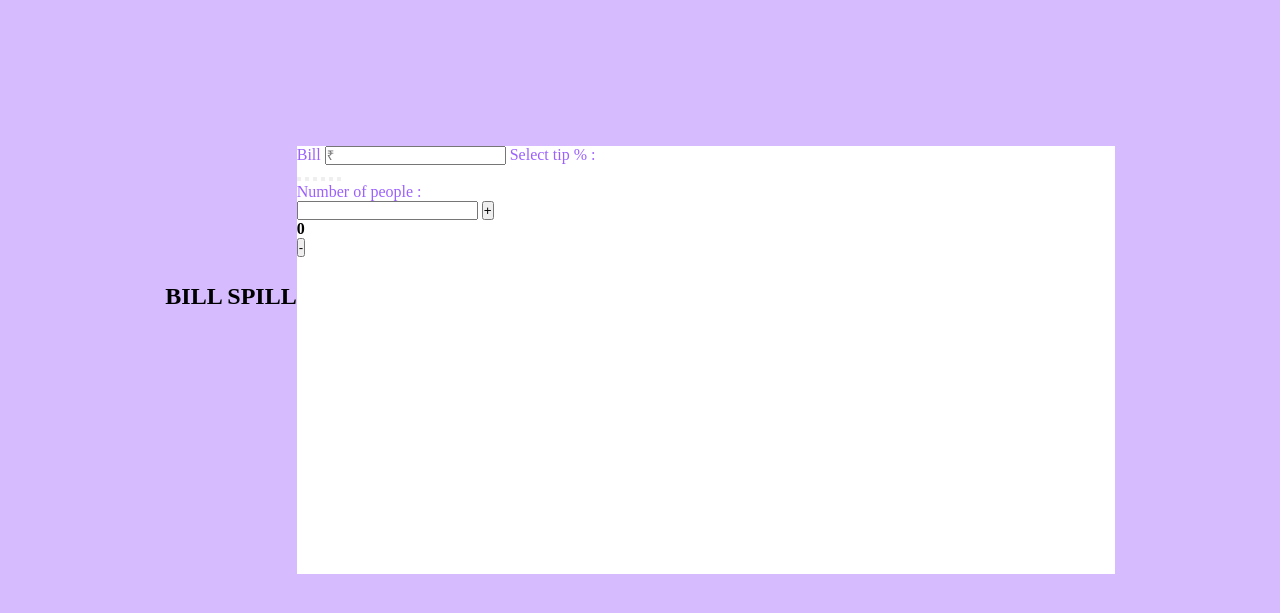
Repository: drumsmanku/micro-project-3
Page: index.html
An editor plug-in stored every save of this project. The page is shown before and after the next save, followed by the edit.
The browser window is 1280 px wide. The pictures show the whole page.

Above is the page before, as saved 2023-04-17 13:57:05.

After the next save:
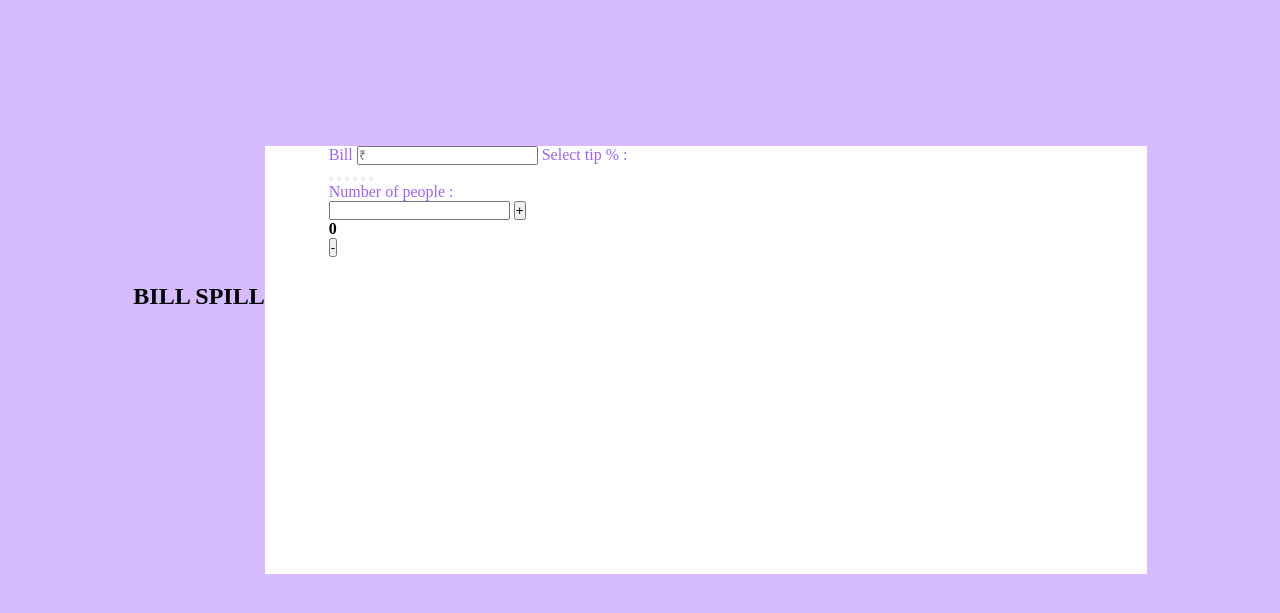
Saved 30 s later.
--- a/styles.css
+++ b/styles.css
@@ -25,6 +25,7 @@ main>h2{
   background-color: white;
 
   display: flex;
+  padding-left: 4rem;
 }
 
 label{
